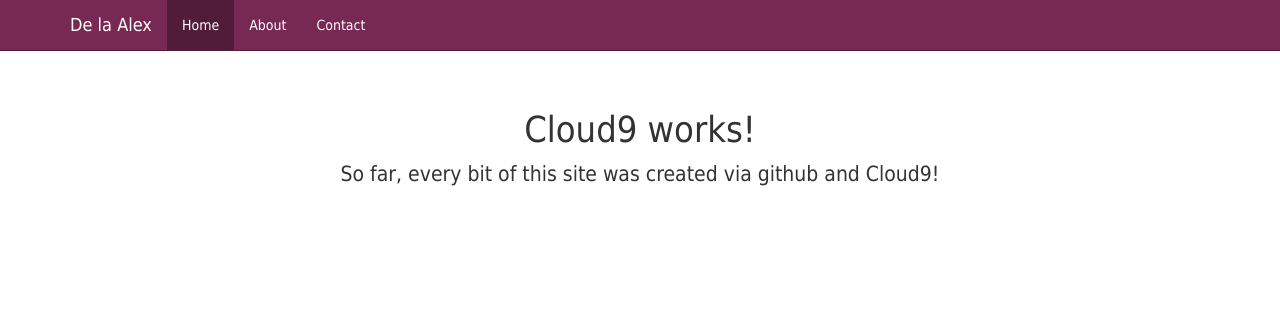
Repository: alexdresko/de-la-Alex
Page: index.html
The author's editor kept a record of every edit. The page is drawn from the files as they stood at one moment, then again after the next edit.
The browser window is 1280 px wide. The pictures show the whole page.
Some web libraries are served in a nearby version.

Above is the page before.
Console error: ReferenceError: ko is not defined

### index.html

<!DOCTYPE html>
<html lang="en">
  <head>
    <meta charset="utf-8">
    <meta http-equiv="X-UA-Compatible" content="IE=edge">
    <meta name="viewport" content="width=device-width, initial-scale=1">
    <meta name="description" content="">
    <meta name="author" content="">
    <link rel="icon" href="../../favicon.ico">

    <title>Starter Template for Bootstrap</title>

    <!-- Bootstrap core CSS -->
    <link href="/bower_components/bootstrap/dist/css/bootstrap.min.css" rel="stylesheet">
    <link href="/bower_components/pagerjs/dist/pager.css" rel="stylesheet">

    <!-- Custom styles for this template -->
    <link href="/content/site.css" rel="stylesheet">

    <!-- HTML5 shim and Respond.js IE8 support of HTML5 elements and media queries -->
    <!--[if lt IE 9]>
      <script src="https://oss.maxcdn.com/html5shiv/3.7.2/html5shiv.min.js"></script>
      <script src="https://oss.maxcdn.com/respond/1.4.2/respond.min.js"></script>
    <![endif]-->
  </head>

  <body>

    <div class="navbar navbar-inverse navbar-fixed-top" role="navigation">
      <div class="container">
        <div class="navbar-header">
          <button type="button" class="navbar-toggle collapsed" data-toggle="collapse" data-target=".navbar-collapse">
            <span class="sr-only">Toggle navigation</span>
            <span class="icon-bar"></span>
            <span class="icon-bar"></span>
            <span class="icon-bar"></span>
          </button>
          <a class="navbar-brand" href="#">De la Alex</a>
        </div>
        <div class="collapse navbar-collapse">
          <ul class="nav navbar-nav">
            <li class="active"><a href="#">Home</a></li>
            <li><a href="#about">About</a></li>
            <li><a href="#contact">Contact</a></li>
          </ul>
        </div><!--/.nav-collapse -->
      </div>
    </div>

    <div class="container">

      <div class="starter-template">
        <h1>Cloud9 works!</h1>
        <p class="lead">So far, every bit of this site was created via github and Cloud9!</p>
      </div>

    </div><!-- /.container -->


    <!-- Bootstrap core JavaScript
    ================================================== -->
    <!-- Placed at the end of the document so the pages load faster -->
    <script src="https://ajax.googleapis.com/ajax/libs/jquery/1.11.1/jquery.min.js"></script>
    <script src="/bower_components/bootstrap/dist/js/bootstrap.min.js"></script>
    <script src="/bower_components/jquery/dist/jquery.min.js"></script>
    <script src="/bower_components/pagerjs/dist/pager.min.js"></script>
    <!-- IE10 viewport hack for Surface/desktop Windows 8 bug -->
    <script src="../../assets/js/ie10-viewport-bug-workaround.js"></script>
  </body>
</html>

Loaded but not shown: bower_components/bootstrap/dist/css/bootstrap.min.css (library); bower_components/pagerjs/dist/pager.css (library); content/site.css (library); bower_components/bootstrap/dist/js/bootstrap.min.js (library); bower_components/jquery/dist/jquery.min.js (library); bower_components/pagerjs/dist/pager.min.js (library); scripts/ie10-viewport-bug-workaround.js (common file)

After the next edit:
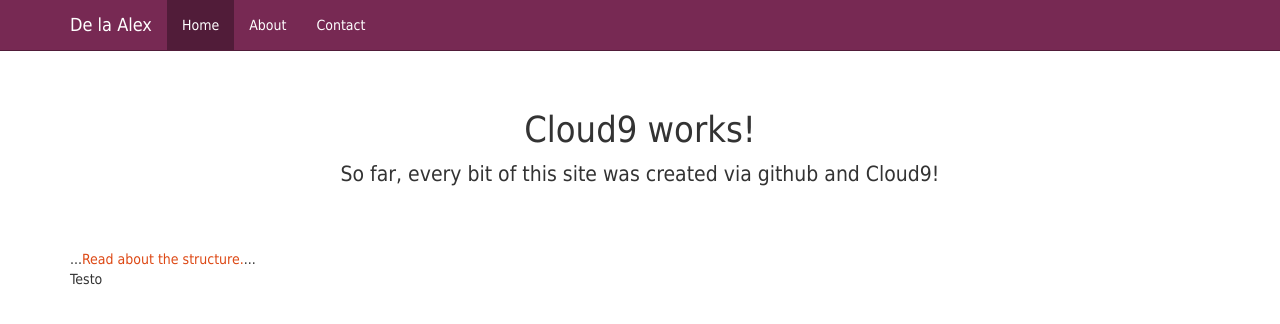
The edit:
--- a/index.html
+++ b/index.html
@@ -1,7 +1,7 @@
-
 <!DOCTYPE html>
 <html lang="en">
-  <head>
+
+<head>
     <meta charset="utf-8">
     <meta http-equiv="X-UA-Compatible" content="IE=edge">
     <meta name="viewport" content="width=device-width, initial-scale=1">
@@ -23,39 +23,51 @@
       <script src="https://oss.maxcdn.com/html5shiv/3.7.2/html5shiv.min.js"></script>
       <script src="https://oss.maxcdn.com/respond/1.4.2/respond.min.js"></script>
     <![endif]-->
-  </head>
+</head>
 
-  <body>
+<body>
 
     <div class="navbar navbar-inverse navbar-fixed-top" role="navigation">
-      <div class="container">
-        <div class="navbar-header">
-          <button type="button" class="navbar-toggle collapsed" data-toggle="collapse" data-target=".navbar-collapse">
-            <span class="sr-only">Toggle navigation</span>
-            <span class="icon-bar"></span>
-            <span class="icon-bar"></span>
-            <span class="icon-bar"></span>
-          </button>
-          <a class="navbar-brand" href="#">De la Alex</a>
+        <div class="container">
+            <div class="navbar-header">
+                <button type="button" class="navbar-toggle collapsed" data-toggle="collapse" data-target=".navbar-collapse">
+                    <span class="sr-only">Toggle navigation</span>
+                    <span class="icon-bar"></span>
+                    <span class="icon-bar"></span>
+                    <span class="icon-bar"></span>
+                </button>
+                <a class="navbar-brand" href="#">De la Alex</a>
+            </div>
+            <div class="collapse navbar-collapse">
+                <ul class="nav navbar-nav">
+                    <li class="active"><a href="#">Home</a>
+                    </li>
+                    <li><a href="#about">About</a>
+                    </li>
+                    <li><a href="#contact">Contact</a>
+                    </li>
+                </ul>
+            </div>
+            <!--/.nav-collapse -->
         </div>
-        <div class="collapse navbar-collapse">
-          <ul class="nav navbar-nav">
-            <li class="active"><a href="#">Home</a></li>
-            <li><a href="#about">About</a></li>
-            <li><a href="#contact">Contact</a></li>
-          </ul>
-        </div><!--/.nav-collapse -->
-      </div>
     </div>
 
     <div class="container">
 
-      <div class="starter-template">
-        <h1>Cloud9 works!</h1>
-        <p class="lead">So far, every bit of this site was created via github and Cloud9!</p>
-      </div>
+        <div class="starter-template">
+            <h1>Cloud9 works!</h1>
+            <p class="lead">So far, every bit of this site was created via github and Cloud9!</p>
+        </div>
 
-    </div><!-- /.container -->
+        <div data-bind="page: {id: 'start', title: 'Pager.js Demo Start'}">
+            ...<a href="#!/structure">Read about the structure.</a>...
+        </div>
+        <div data-bind="page: {id: 'structure'}">
+            Testo
+        </div>
+
+    </div>
+    <!-- /.container -->
 
 
     <!-- Bootstrap core JavaScript
@@ -67,5 +79,6 @@
     <script src="/bower_components/pagerjs/dist/pager.min.js"></script>
     <!-- IE10 viewport hack for Surface/desktop Windows 8 bug -->
     <script src="../../assets/js/ie10-viewport-bug-workaround.js"></script>
-  </body>
+</body>
+
 </html>
